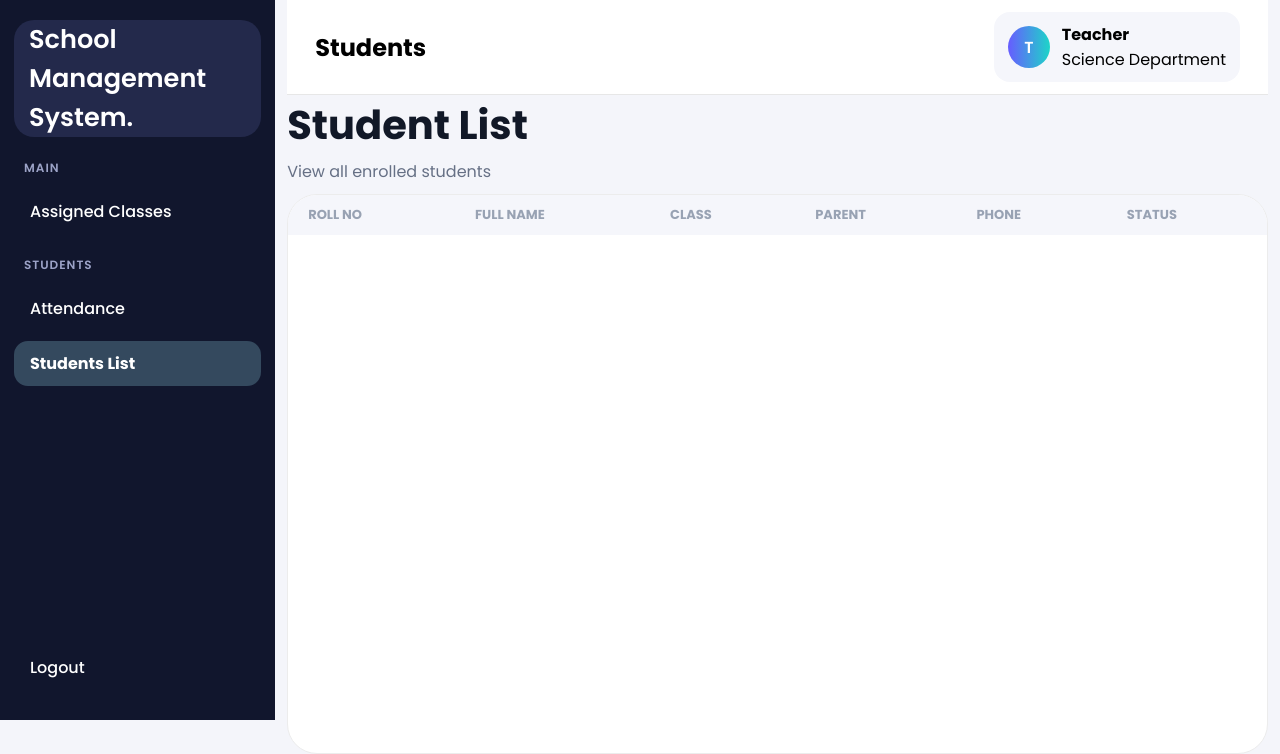
Repository: rohit-rk-07/school_management_system
Page: http://localhost/School_Management_System/teacher/studentsList.jsp
These files come from the project's save history. The page is drawn as it stood at one moment and after a run of saves; the edit follows.
The browser window is 1280 px wide. The pictures show the whole page.
The page is served by Tomcat 10. Queries for data that is not in the repository find no rows.

Above is the page before, as saved 2026-05-26 11:29:01.

After the next 2 saves:
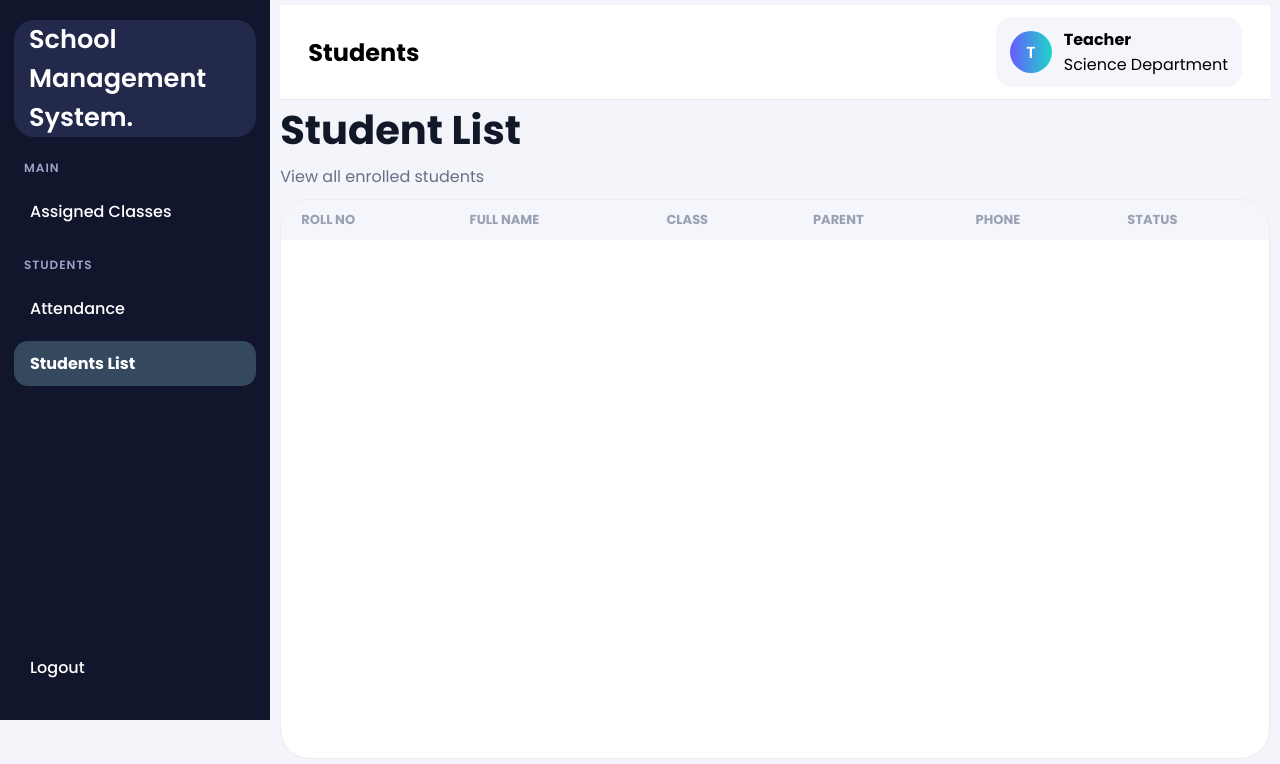
The 2 saves are shown as one change because they came seconds apart.
The last was saved 3 days later.
--- a/School_Management_System/src/main/webapp/teacher/studentsList.jsp
+++ b/School_Management_System/src/main/webapp/teacher/studentsList.jsp
@@ -31,8 +31,8 @@
         }
 
         .studentListContainer{
-            padding:0px 12px;
-            width: 80%;
+            padding:5px 10px;
+            width: 82%;
         }
 
         .studentListHeading{
